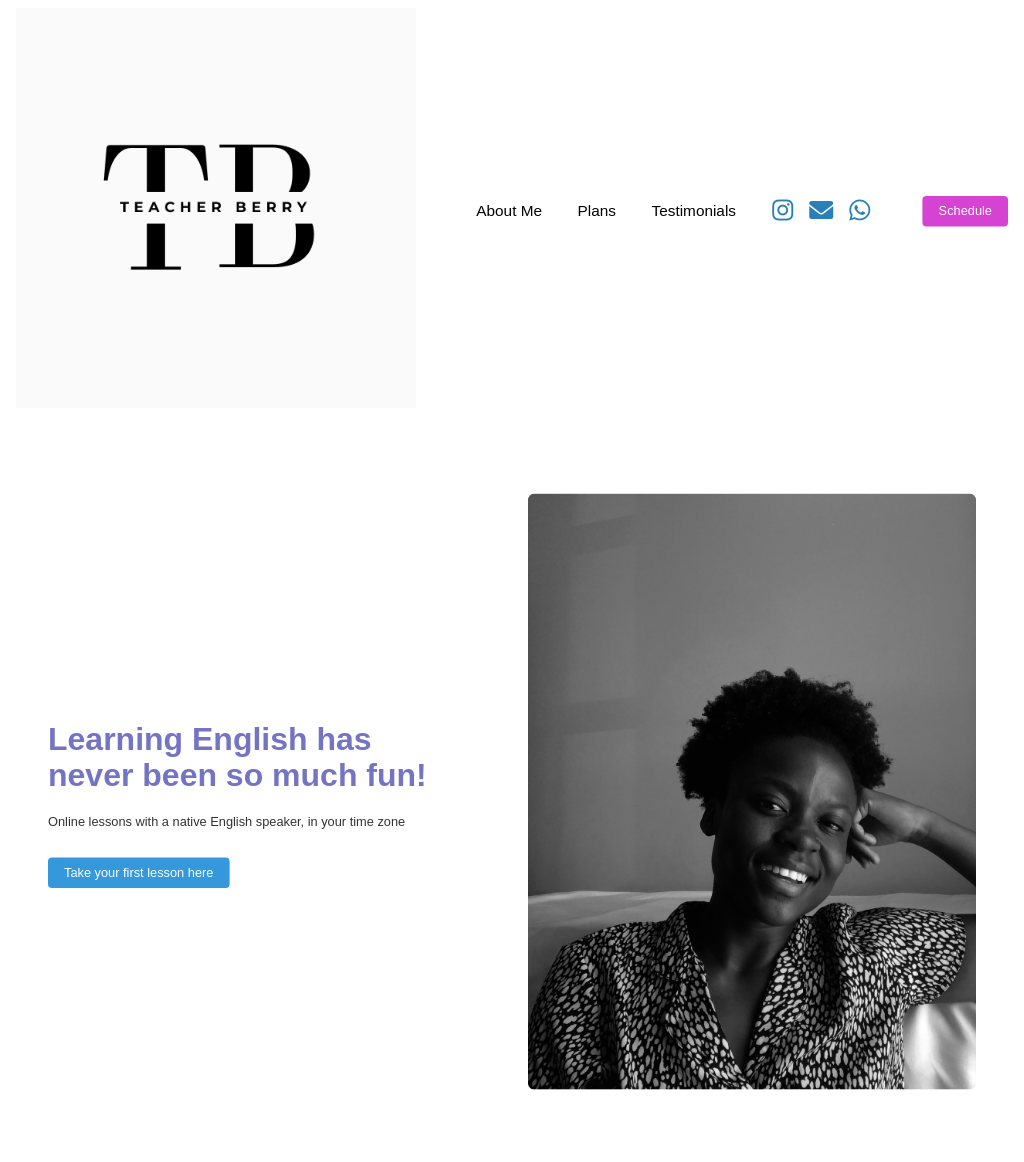
Repository: ntandomagana/esl-landing-page
Page: index.html
An editor plug-in stored every save of this project. The page is shown before and after the next save, followed by the edit.
The browser window is 1280 px wide. The pictures show the whole page, at 80% of full size.

Above is the page before, as saved 2024-07-17 10:13:07.

After the next save:
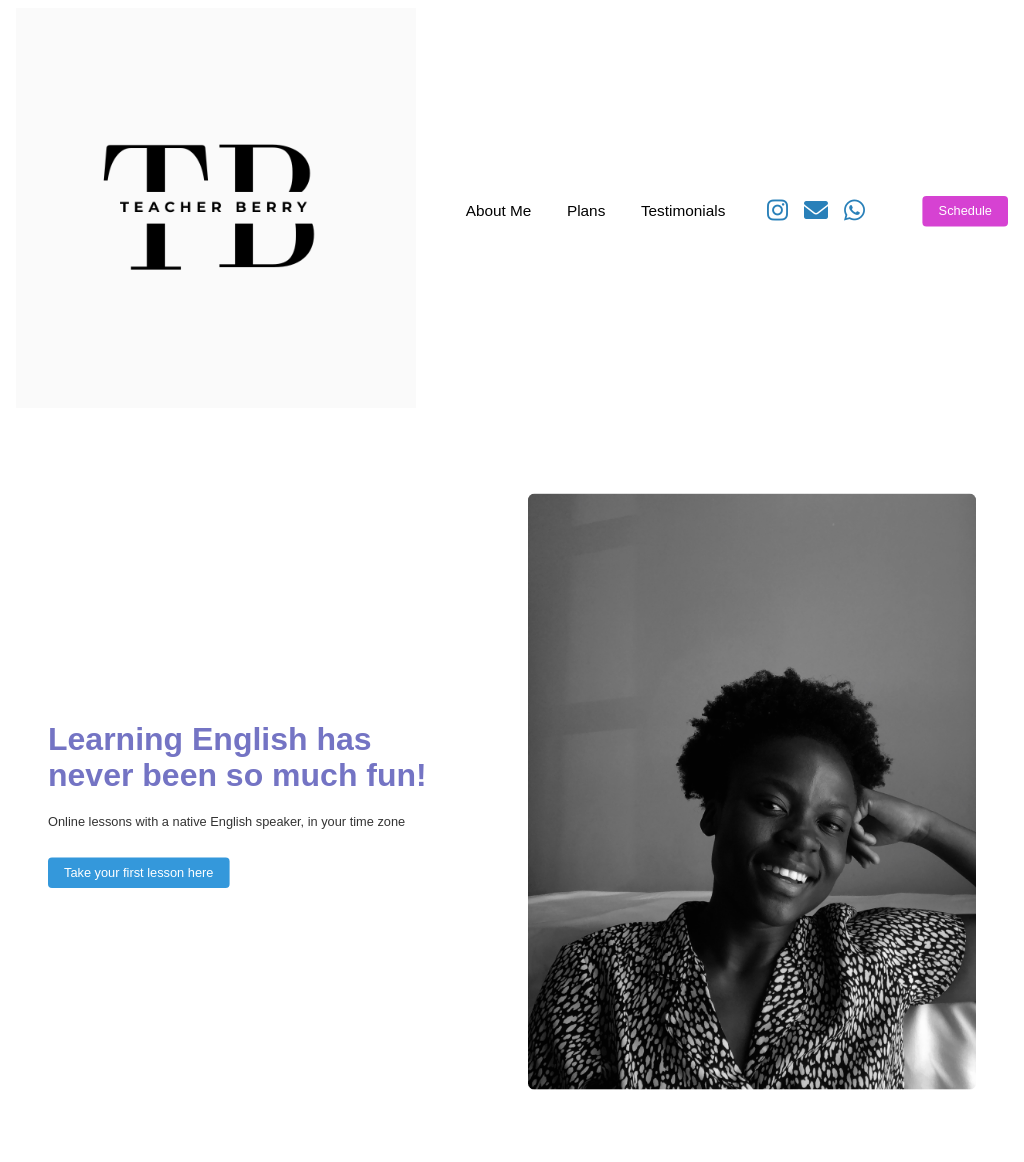
Saved 13 s later.
--- a/index.css
+++ b/index.css
@@ -21,6 +21,8 @@
     text-transform: uppercase;
     color: black;
 }
+
+.logo
 
 nav {
     margin-left: 20px; /* Add margin to the left of the entire nav element */

After the save that followed:
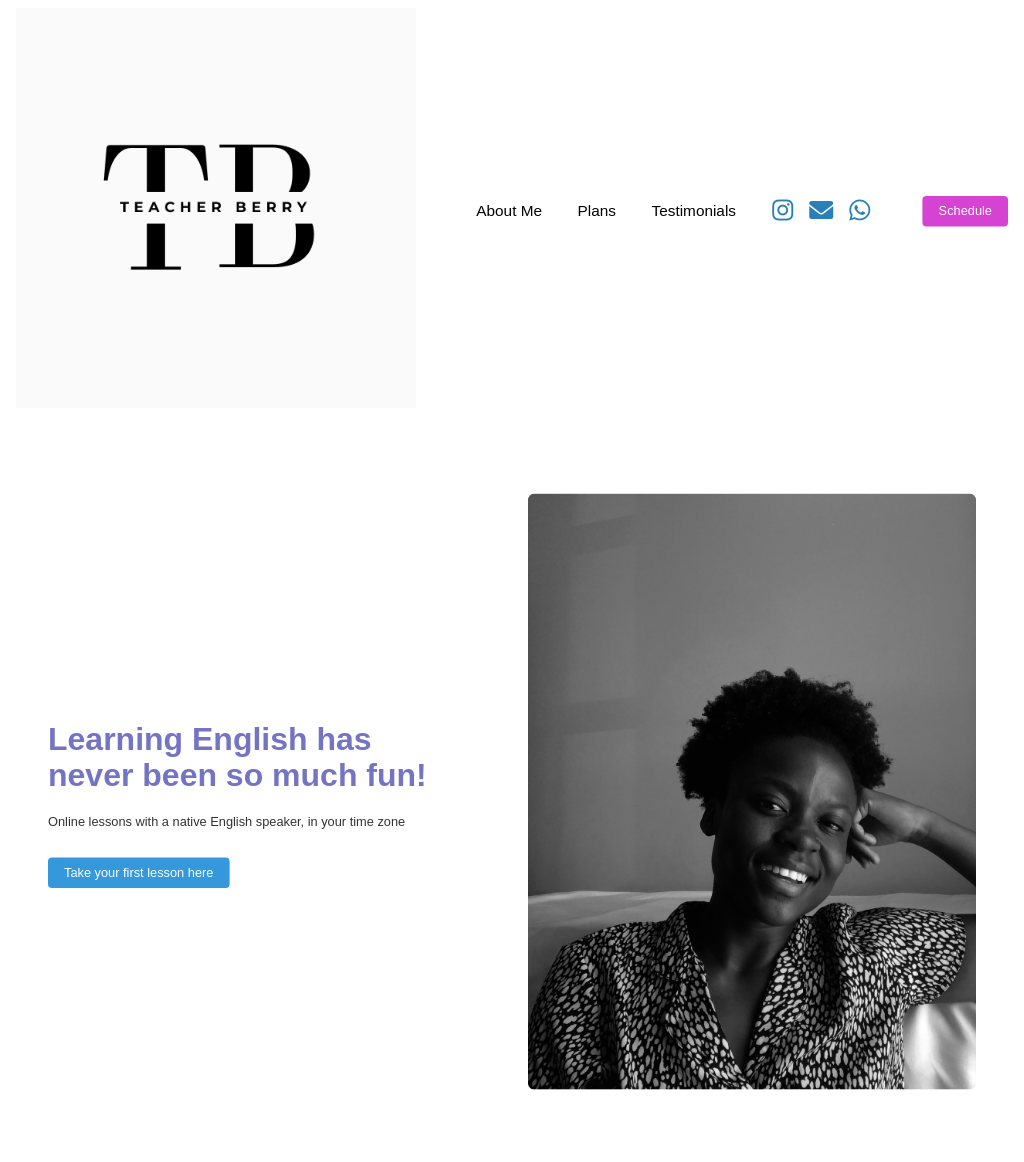
Saved 4 s later.
--- a/index.css
+++ b/index.css
@@ -22,7 +22,9 @@
     color: black;
 }
 
-.logo
+.logo img {
+
+}
 
 nav {
     margin-left: 20px; /* Add margin to the left of the entire nav element */
